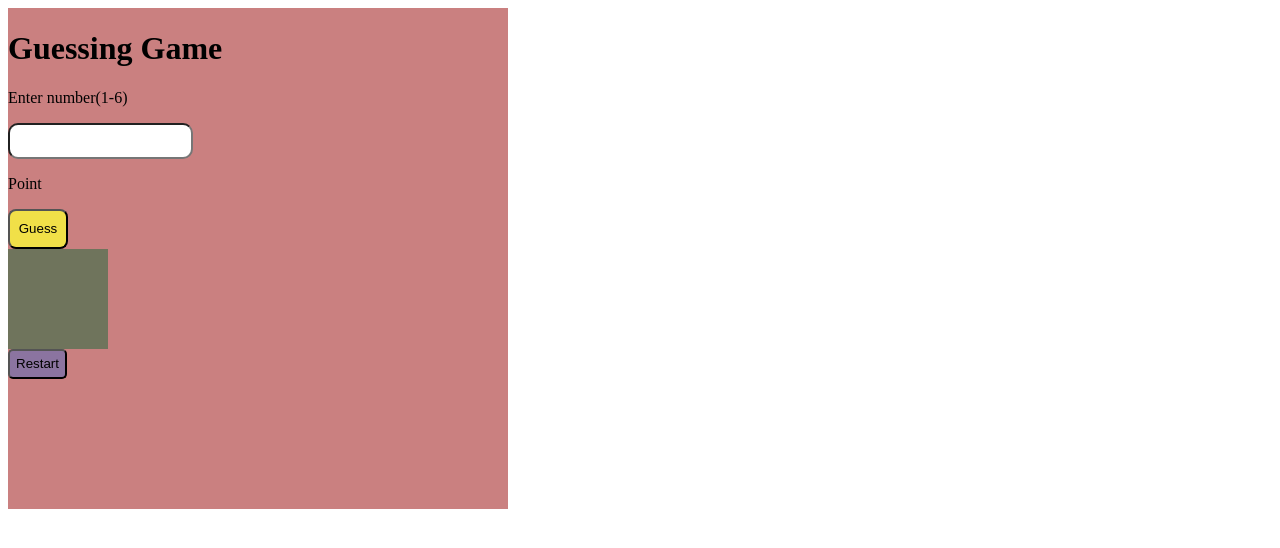
Repository: AniAntonyan/GuessingGame
Page: index.html
An editor plug-in stored every save of this project. The page is shown before and after the next save, followed by the edit.
The browser window is 1280 px wide. The pictures show the whole page.

Above is the page before, as saved 2022-02-27 17:15:10.

### index.html
<!DOCTYPE html>
<html lang="en">
<head>
    <meta charset="UTF-8">
    <meta http-equiv="X-UA-Compatible" content="IE=edge">
    <meta name="viewport" content="width=device-width, initial-scale=1.0">
    <link rel="stylesheet" href="style.css">
    <title>Document</title>
</head>
<body>
    <div class="container">
        <h1 class="Guessing">Guessing Game</h1>
        <p class="enter">Enter number(1-6)</p>
    <input id="num" type="text">
    <p class="p">Point</p>
    <button id="btn">Guess</button>
    <div class="table" id="show-text"></div>
    <button  id="restart"> Restart</button>
    </div>

    <script src="index.js"></script>
</body>
</html>

### style.css
.container{
    background-color: #ca8080;
    height: 500px;
    width: 500px;
    padding-top:1px;
}

#num{
height: 30px;
border-radius: 10px;
}

#btn{
    height: 40px;
    width: 60px;
    border-radius: 8px;
    background-color: rgb(241, 224, 72);
}

.table{
    height: 100px;
    width: 100px;
    background-color: rgb(111, 116, 92);
}

#restart{
    height: 30px;
    border-radius: 5px;
    background-color: rgb(139, 116, 160);
}

Loaded but not shown: index.js (no copy from this time; the picture is the same without it)

After the next save:
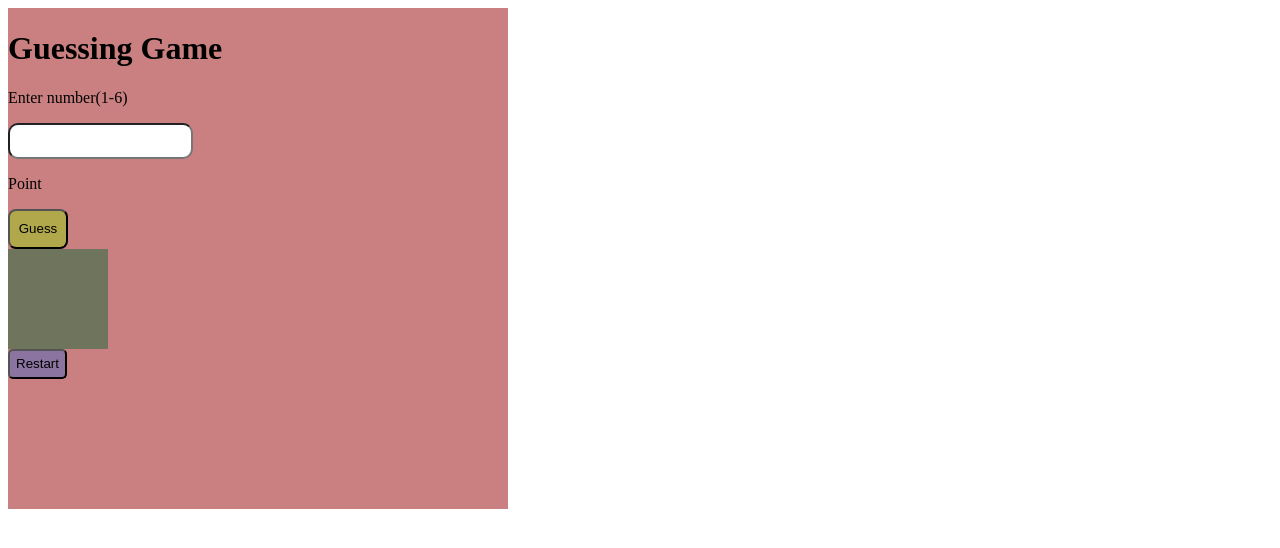
Saved 22 s later.
--- a/style.css
+++ b/style.css
@@ -14,7 +14,7 @@
     height: 40px;
     width: 60px;
     border-radius: 8px;
-    background-color: rgb(241, 224, 72);
+    background-color: rgb(177, 167, 75);
 }
 
 .table{
